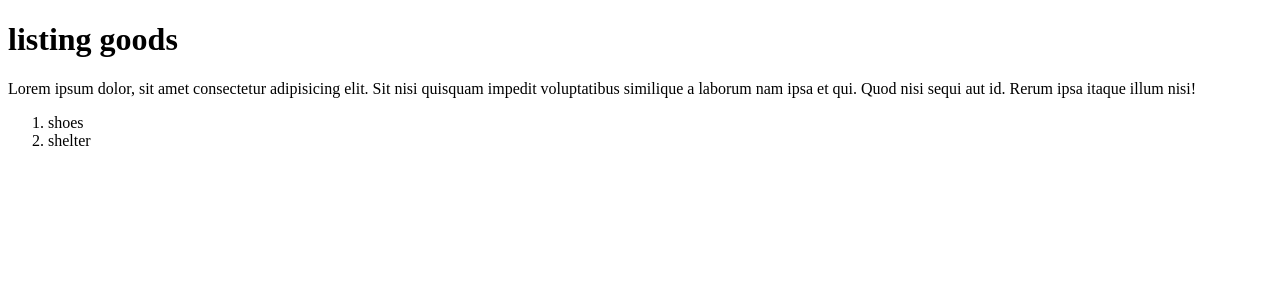
Repository: shanicenaliakanyongesa/Shanice
Page: templates/list.html
These files come from the project's save history. The page is drawn as it stood at one moment and after a run of saves; the edit follows.
The browser window is 1280 px wide. The pictures show the whole page.
The page is served by the project's application, run on Flask 3 (app.py). The template is opened directly, without the code that normally fills it, so the values that code supplies are empty.

Above is the page before, as saved 2024-02-14 15:57:29.

After the next 5 saves:
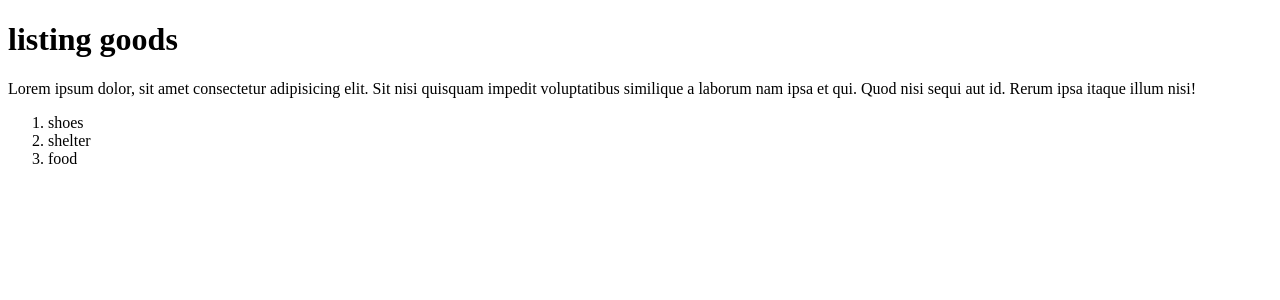
The 5 saves are shown as one change because they came seconds apart.
The last was saved 12 s later.
--- a/Desktop/shaniceflask/templates/list.html
+++ b/Desktop/shaniceflask/templates/list.html
@@ -11,6 +11,7 @@
     <ol>
         <li>shoes</li>
         <li>shelter</li>
+        <li>food</li>
     </ol>
 </body>
 </html>
